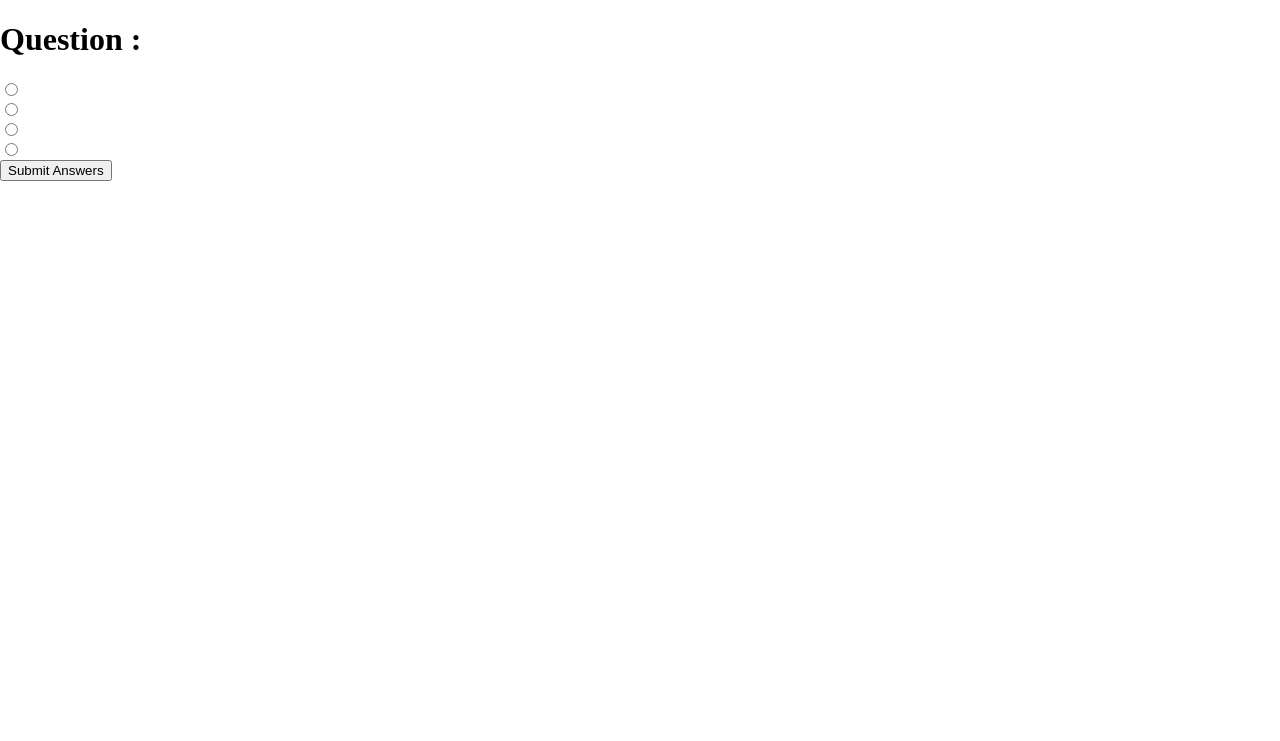
Repository: alafty/ACML-Project
Page: /getQuiz (app in frontend/)
These files come from the project's save history. The page is drawn as it stood at one moment and after the next save; the edit follows.
The browser window is 1280 px wide. The pictures show the whole page.
The page's requests for data from a server got no answer. The project was rebuilt for these pictures with package versions that can differ from the ones it lists, and the page was loaded fresh each time. No one was signed in, and anything a server would have sent is missing. Also part of the build but not shown: frontend/src/components/header.tsx, frontend/src/pages/Register/Register.tsx, frontend/src/app/UsersServices.ts, frontend/src/pages/Login/Login.tsx, frontend/src/pages/Landing.tsx, frontend/src/pages/Register/IndividualTraineeRegister.tsx, frontend/src/pages/Register/InstructorRegister.tsx, frontend/src/pages/Register/CorporateTraineeRegister.tsx and 5 more. Imported but missing from the stored project, and not drawn on this page: frontend/src/pages/Legal/Legal.tsx, frontend/src/reportWebVitals.

Above is the page before, as saved 2022-12-18 02:06:22.

### frontend/src/index.js
import React from 'react';
import { createRoot } from 'react-dom/client';
import { Provider } from 'react-redux';
import { store } from './app/store';
import App from './App';
import reportWebVitals from './reportWebVitals';

const container = document.getElementById('root');
const root = createRoot(container);

root.render(
  <React.StrictMode>
    <Provider store={store}>
      <App />
    </Provider>
  </React.StrictMode>
);

// If you want to start measuring performance in your app, pass a function
// to log results (for example: reportWebVitals(console.log))
// or send to an analytics endpoint. Learn more: https://bit.ly/CRA-vitals
reportWebVitals();

### frontend/src/App.tsx
import React from 'react'
import {BrowserRouter as Router, Routes, Route} from 'react-router-dom'
import Register from './pages/Register/Register.tsx'
import Login from './pages/Login/Login.tsx'
import Landing from './pages/Landing.tsx'
import IndividualTrainee from './pages/Register/IndividualTraineeRegister.tsx'
import InstructorRegister from './pages/Register/InstructorRegister.tsx'
import CorporateTrainee from './pages/Register/CorporateTraineeRegister.tsx'
import CreateQuiz from './pages/Instructor/CreateQuiz.tsx'
import InstructorDetails from './pages/Instructor/InstructorDetails.tsx'
import Home from './pages/Home.tsx'
import Legal from './pages/Legal/Legal.tsx'
import LegalInstructor from './pages/Legal/LegalInstructor.tsx'
import SolveSolveEx from './pages/Course/SolveSolveEx.tsx'


const defaultGlobalState = {
  loggedInUser: {}
};

const globalStateContext = React.createContext(defaultGlobalState);
const dispatchStateContext = React.createContext(undefined);

const GlobalStateProvider = ({ children }) => {
  const [state, dispatch] = React.useReducer(
    (state, newValue) => ({ ...state, ...newValue }),
    defaultGlobalState
  );
  return (
    <globalStateContext.Provider value={state}>
      <dispatchStateContext.Provider value={dispatch}>
        {children}
      </dispatchStateContext.Provider>
    </globalStateContext.Provider>
  );
};

export const useGlobalState = () => [
  React.useContext(globalStateContext),
  React.useContext(dispatchStateContext)
];


function app() {

  return (
    <GlobalStateProvider>
      <Router>
        <div>
          <Routes>
            <Route path='/' element={<Landing/>} />
            <Route path='/register' element={<Register/>} />
            <Route path='/login' element={<Login/>} />
            <Route path='/indivTraineeRegister' element={<IndividualTrainee/>} />
            <Route path='/instructorRegister' element={<InstructorRegister/>} />
            <Route path='/corpTraineeRegister' element={<CorporateTrainee/>} />
            <Route path='/home' element={<Home/>} />
            <Route path='/instructorHome' element={<InstructorDetails/>} />
            <Route path='/legal' element= {<Legal/>} />
            <Route path='/legalinstructor' element= {<LegalInstructor/>} />

            <Route path='/createquiz' element={<CreateQuiz/>} />
            <Route path='/getQuiz' element={<SolveSolveEx QuizID= {1}/>} />


          </Routes>
        </div>
      </Router>
    </GlobalStateProvider>

  )
}

export default app;

### frontend/src/pages/Course/SolveSolveEx.tsx
import React,{Component, useState} from "react";
import axios from 'axios';
import questionBankModel from "../Models/questionBank.tsx";
type State = {
    Question: [questionBankModel]

}

    export default class Create extends Component<{QuizID}, State> {

    constructor(props: any) {
        super(props);


        this.state = {
            Question: [''],

        }



    }
    componentDidMount(){
        const newQuery ={
            Subject:this.props.QuizID
        }
        axios.post('http://localhost:8000/Quiz/getQuiz',newQuery)
        .then(res=> this.setState({Question:res.data}));

    }


        render() {

            return (
                <div style={{marginTop: 20}}>

                    {this.state.Question.map((question)=>(
                             <div>
                             <h1>Question :</h1>
                             <h2>{question.Question}</h2>
                             <label>
                                <input type="radio" value="option1" name="choices" />
                                                {question.Choice1}
                            </label>
                            <br />
                            <label>
                                <input type="radio" value="option2" name="choices" />
                                                {question.Choice2}
                            </label>
                            <br />
                            <label>
                                <input type="radio" value="option3" name="choices" />
                                                {question.Choice3}
                            </label>
                            <br />
                            <label>
                                <input type="radio" value="option4" name="choices" />
                                                {question.Choice4}
                            </label>
                            </div>




             ))}
                                                <button type="submit"> Submit Answers</button>

                </div>
            )
        }

}

### frontend/src/Styling/mainLayout.css

:root {
    --primaryLight: #dbe1f8;
    --primary: #829df7;
    --secondary: #e66bba;
    --text: #3b3086;
    --white: #d9ebf9;
}

html, body {
    height: 100%;
    width: 100%;
    margin: 0px;
}

.container {
    display: flex;
    flex-direction: column;
}

.landing-header {
    display: flex;
    flex-direction: row;
    justify-content: space-between;
    background-color: var(--primary);
    height: 8vh;
    align-items: center;
    padding: 15px;
}

.logo {
    background-image: url('../assets/logo.png');
    background-size: cover;
    width: 300px;
    height: 80px;
}
.search-bar {
    width: 400px;
    background-color: var(--white);
    border-radius: 10px;
}

.selector {
    width: 400px;
    margin-left: 160px;
    background-color: var(--white);
}

#button-search {
    margin-left: 20px;
    padding: 10px;
    padding-inline: 20px;
    color: var(--white);
    background-color: var(--secondary);
}

.body {
        background-color: var(--primaryLight);
        height: 90vh;
        background-size: cover;
}

.title {
    font-family: Arial, Helvetica, sans-serif;
    font-size: 64px;
    margin-top: 250px;
    padding-inline: 150px;
    color: var(--text);
}

.landing-subtitle {
    font-family: Arial, Helvetica, sans-serif;
    font-weight:lighter;
    margin-top: -40px;
    font-size: 24px;
    padding-inline: 160px;
    color: var(--text);
}

#filled-button {
    padding-inline: 50px;
    padding-block: 10px;
    background-color: var(--secondary);
    margin: 20px;
    margin-left: 160px;
    font-size: 24px;
}

#outlined {
    padding-inline: 50px;
    padding-block: 10px;
    border-color: var(--secondary);
    color: var(--secondary);
    margin: 20px;
    font-size: 24px;
}

.hat {
    background-image: url('../assets/hat.png');
    background-size: cover;
    height: 500px;
    width: 500px;
    margin-top: -150px;
    margin-right: 150px;
}

.form{
    display: flex;
    flex-direction: column;
    margin-left: 150px;
}

.legal-border{
    margin: 20px;
    padding: 20px;
    background-color: #ffffff;
    border-radius: 20px;
}

.courses-panel-bg{
    display: flex;
    flex-direction: row;
    padding: 20px;
    border-radius: 20px;
    background-color: var(--white);
    width: 75%;
    height: 40%;
    margin-left: 150px;
    box-shadow: rgba(100, 100, 111, 0.2) 0px 7px 29px 0px;

}

.course-card{
    display: flex;
    flex-direction: column;
    padding: 10px;
    border-radius: 10px;
    background-color: #ffffff;
    width: 17%;
    height: 90%;
    margin-inline: 20px;
    margin-block: 10px;
    box-shadow: rgba(100, 100, 111, 0.2) 0px 7px 29px 0px;
}

### frontend/src/Styling/landing.css
html, body {
    height: 100%;
    width: 100%;
    margin: 0px;
}

.container {
    display: flex;
    flex-direction: column;
}

.landing-header {
    display: flex;
    flex-direction: row;
    justify-content: space-between;
    background-color: #829df7;
    height: 8vh;
    align-items: center;
    padding: 15px;
}

.logo {
    background-image: url('../assets/logo.png');
    background-size: cover;
    width: 300px;
    height: 80px;
}
.search-bar {
    width: 400px;
    background-color: #FFFFFF;
    border-radius: 10px;
}

.selector {
    width: 400px;
    margin-left: 160px;
}

#button-search {
    margin-left: 20px;
    padding: 10px;
    padding-inline: 20px;
    color: #ffffff;
    background-color: #e66bba;
}

.body {
        background-color: #dbe1f8;
        height: 92vh;
        background-size: cover;
}

#landing-footer {
    display: flex;
    flex-direction: row;
    background-color: #829df7;
    height: 6vh;
    width: 100vw;
}

.title {
    font-family: Arial, Helvetica, sans-serif;
    font-size: 64px;
    margin-top: 250px;
    padding-inline: 150px;
    color: #3b3086;
}

.landing-subtitle {
    font-family: Arial, Helvetica, sans-serif;
    font-weight:lighter;
    margin-top: -40px;
    font-size: 24px;
    padding-inline: 160px;
    color: #3b3086;
}

#filled-button {
    padding-inline: 50px;
    padding-block: 10px;
    background-color: #e66bba;
    margin: 20px;
    margin-left: 160px;
    font-size: 24px;
}
#outlined {
    padding-inline: 50px;
    padding-block: 10px;
    border-color: #e66bba;
    color: #e66bba;
    margin: 20px;
    font-size: 24px;
}

.hat {
    background-image: url('../assets/hat.png');
    background-size: cover;
    height: 500px;
    width: 500px;
    margin-top: -150px;
    margin-right: 150px;
}

.form{
    display: flex;
    flex-direction: column;
    margin-left: 150px;
}

Loaded but not shown: frontend/public/index.html (common file); frontend/src/app/store.js (common file)

After the next save:
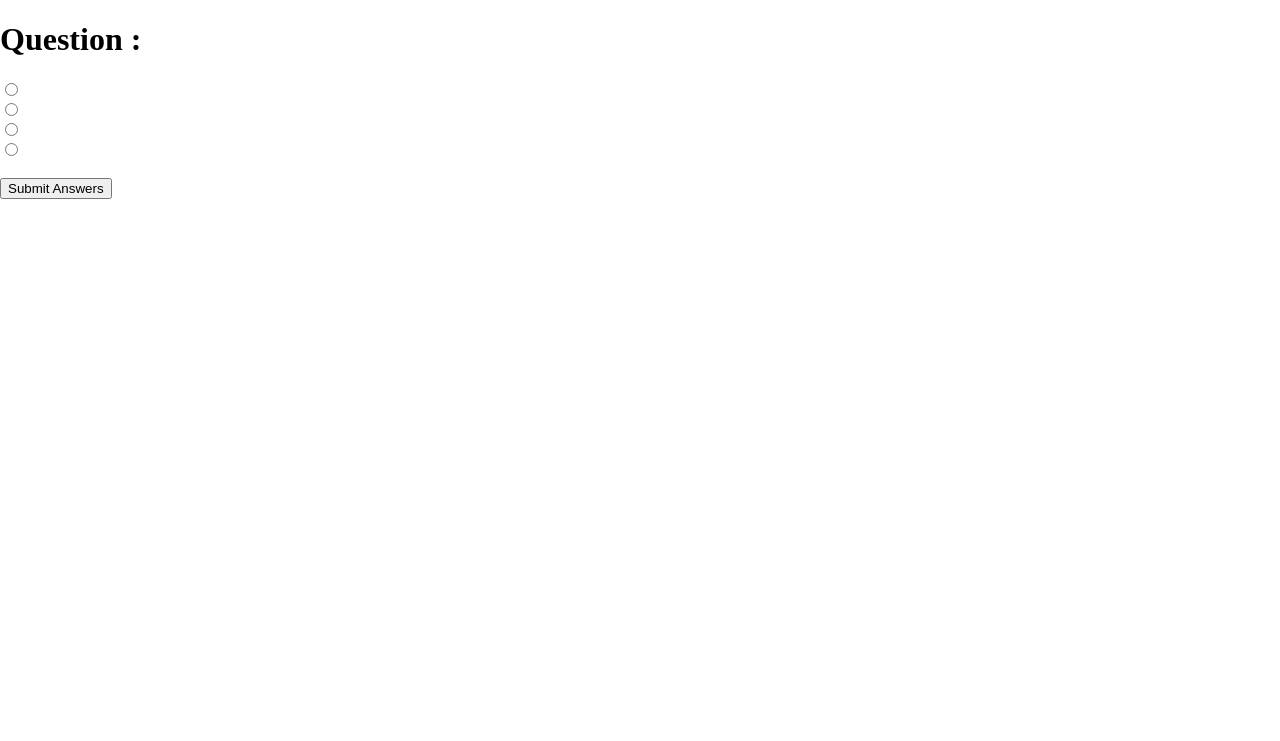
Saved 11 s later.
--- a/frontend/src/pages/Course/SolveSolveEx.tsx
+++ b/frontend/src/pages/Course/SolveSolveEx.tsx
@@ -64,7 +64,7 @@ type State = {
 
 
              ))}
-                                                <button type="submit"> Submit Answers</button>
+                                             <br />   <button type="submit"> Submit Answers</button>
 
                 </div>
             )
